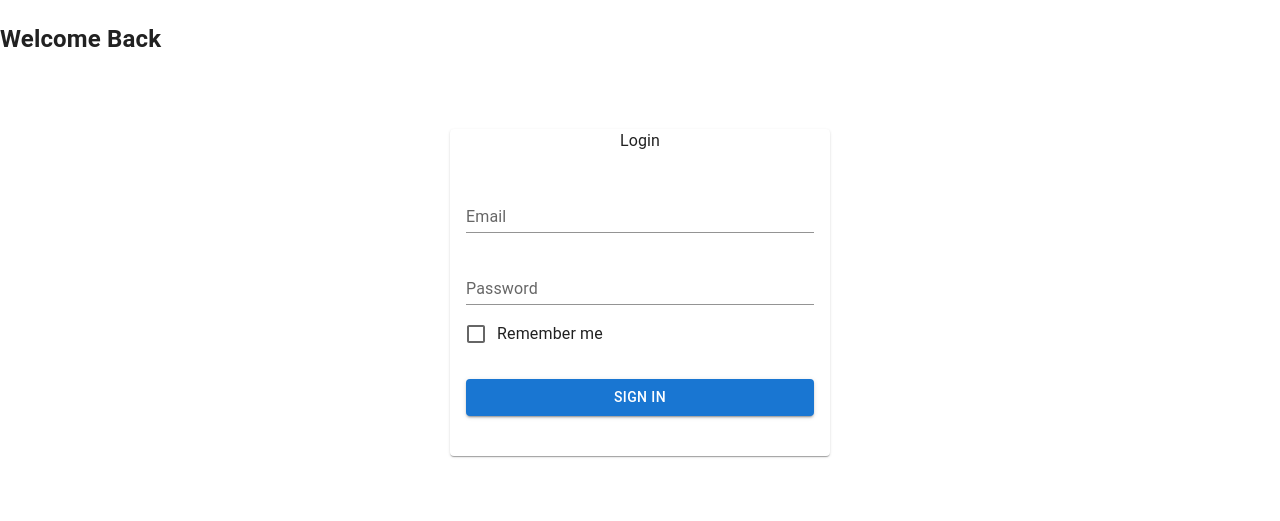
Repository: NGHIAVN1/Note
Page: /
These files come from the project's save history. The page is drawn as it stood at one moment and after the next save; the edit follows.
The browser window is 1280 px wide. The pictures show the whole page.
The project was rebuilt for these pictures with package versions that can differ from the ones it lists, and the page was loaded fresh each time. Also part of the build but not shown: vite.config.js, src/Register.jsx, src/Pet.jsx, src/useBreedList.jsx, src/SearchParams.jsx.

Above is the page before, as saved 2024-03-05 22:06:45.

### src/index.html
<!DOCTYPE html>
<html lang="en">

<head>
  <meta charset="UTF-8">
  <meta name="viewport" content="width=device-width, initial-scale=1.0">
  <meta http-equiv="X-UA-Compatible" content="ie=edge">
  <title>Adopt Me</title>
</head>

<body>
  <div id="root">not rendered</div>
  <script type="module" src="./App.jsx">
    // Your code is going to go here

  </script>
</body>

</html>

### src/App.jsx
import React, { StrictMode } from "react";
import "./Register";
import "./LoginPages";
import "./SearchParams";
import { createRoot } from "react-dom/client";
import SearchParams from "./SearchParams";
import RegisterUser from "./Register";
import LoginPage from "./LoginPages";

const App = () => {
  return (
    <div>
      <h1></h1>
      <h2>Welcome Back</h2>

      <LoginPage />
    </div>
  );
};

const container = document.getElementById("root");
const root = createRoot(container);
root.render(
  <StrictMode>
    <App />
  </StrictMode>
);

### src/LoginPages.jsx
import {
  CardContent,
  CardHeader,
  CssBaseline,
  TextField,
  Typography,
} from "@mui/material";
import Container from "@mui/material/Container";
import Card from "@mui/material/Card";
import { dark } from "@mui/material/styles/createPalette";
import Box from "@mui/material/Box";
import FormControlLabel from "@mui/material/FormControlLabel";
import Button from "@mui/material/Button";
import Checkbox from "@mui/material/Checkbox";
import Grid from "@mui/material/Grid";
// const defaultTheme = createTheme();
const LoginPage = () => {
  return (
    <div>
      <Container component="main" maxWidth="xs">
        <CssBaseline />
        <Box
          sx={{
            marginTop: 8,
            display: "flex",
            flexDirection: "column",
            alignItems: "center",
          }}
        >
          <Card
            sx={{
              margin: 1,
              display: "flex",
              flexDirection: "column",
              alignItems: "center",
            }}
          >
            <Typography sx={{ frontSize: 20 }} color={dark}>
              Login
            </Typography>
            <Box component="form" submit>
              <CardContent>
                <TextField
                  variant="standard"
                  label="Email"
                  fullWidth
                  margin="normal"
                  id="password"
                />
                <TextField
                  variant="standard"
                  id="password"
                  label="Password"
                  fullWidth
                  margin="normal"
                />
                <FormControlLabel
                  control={<Checkbox value="remember" color="primary" />}
                  label="Remember me"
                />
                <Button
                  type="submit"
                  fullWidth
                  variant="contained"
                  sx={{ mt: 3, mb: 2 }}
                >
                  Sign In
                </Button>
              </CardContent>
            </Box>
          </Card>
        </Box>
      </Container>
    </div>
  );
};
export default LoginPage;

After the next save:
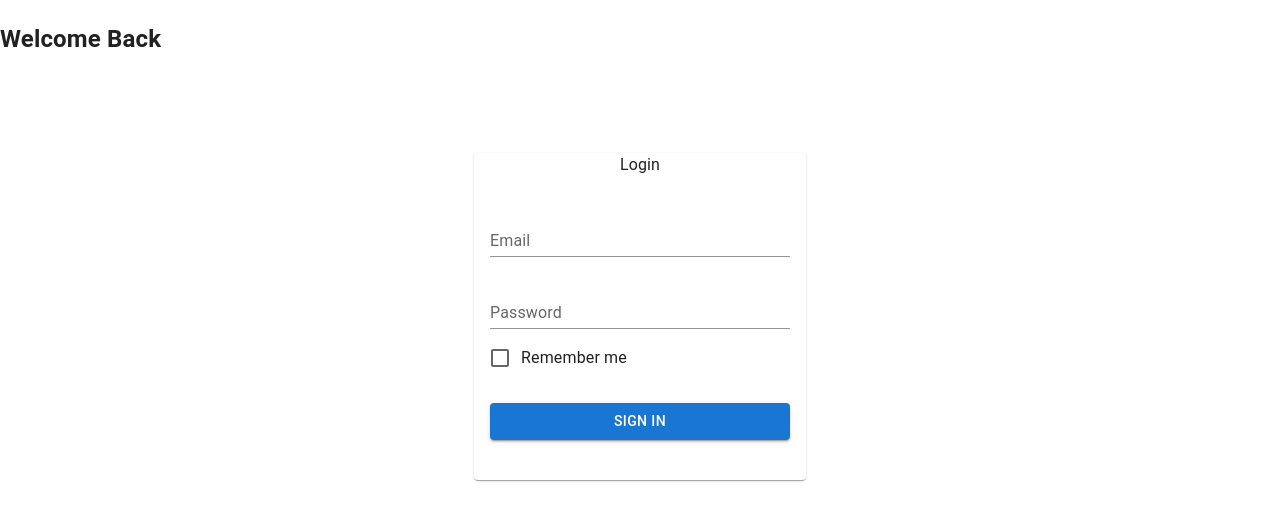
Saved 107 s later.
--- a/src/LoginPages.jsx
+++ b/src/LoginPages.jsx
@@ -29,7 +29,7 @@ const LoginPage = () => {
         >
           <Card
             sx={{
-              margin: 1,
+              margin: 4,
               display: "flex",
               flexDirection: "column",
               alignItems: "center",
